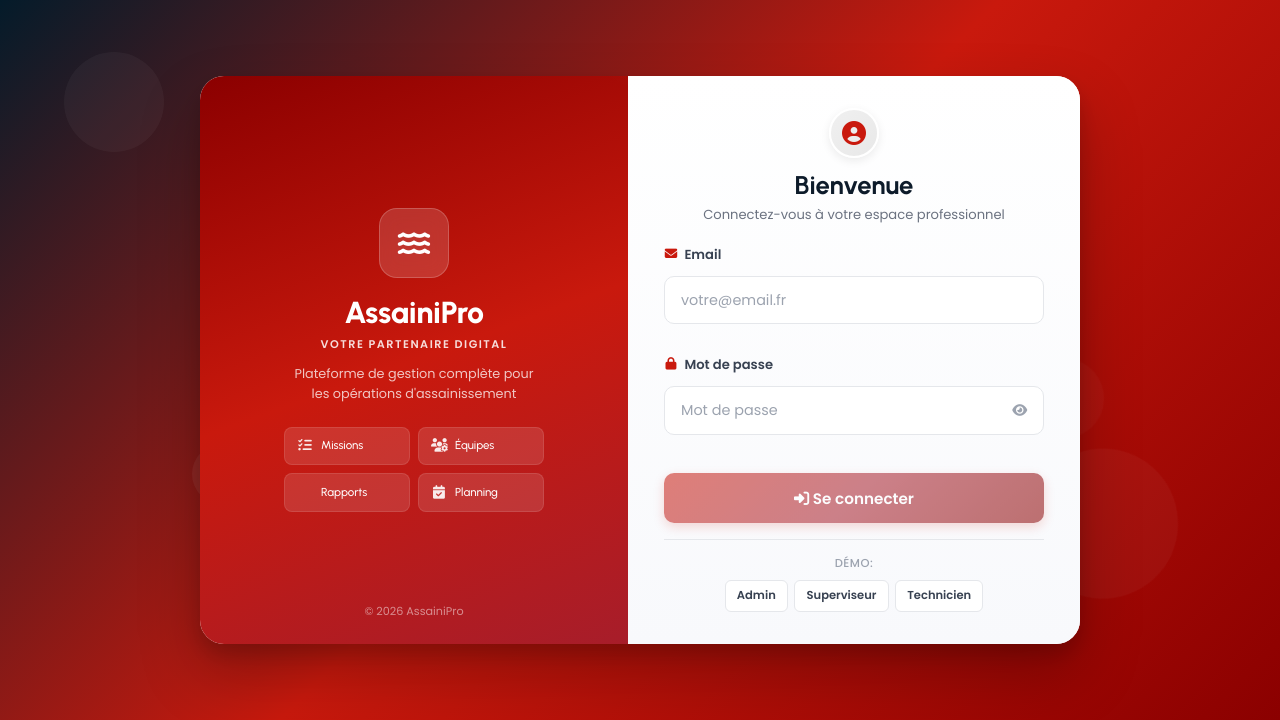
Repository: YoussefTakali/mouhab
Page: / (app in assainissement-frontend/)
These files come from the project's save history. The page is drawn as it stood at one moment and after the next save; the edit follows.
The browser window is 1280 px wide. The pictures show the whole page.
The project was rebuilt for these pictures with package versions that can differ from the ones it lists, and the page was loaded fresh each time. Also part of the build but not shown: assainissement-frontend/angular.json.

Above is the page before, as saved 2026-02-05 20:45:42.

### assainissement-frontend/src/index.html
<!doctype html>
<html lang="fr">
<head>
  <meta charset="utf-8">
  <title>AssainissementPro - Gestion des Interventions</title>
  <base href="/">
  <meta name="viewport" content="width=device-width, initial-scale=1">
  <link rel="icon" type="image/x-icon" href="favicon.ico">
  <link href="https://fonts.googleapis.com/css2?family=Inter:wght@300;400;500;600;700&display=swap" rel="stylesheet">
  <link href="https://fonts.googleapis.com/css2?family=Urbanist:wght@300;400;500;600;700;800&family=Poppins:wght@300;400;500;600;700&display=swap" rel="stylesheet">
  <link href="https://fonts.googleapis.com/icon?family=Material+Icons" rel="stylesheet">
  <link rel="stylesheet" href="https://cdnjs.cloudflare.com/ajax/libs/font-awesome/6.5.1/css/all.min.css" integrity="sha512-DTOQO9RWCH3ppGqcWaEA1BIZOC6xxalwEsw9c2QQeAIftl+Vegovlnee1c9QX4TctnWMn13TZye+giMm8e2LwA==" crossorigin="anonymous" referrerpolicy="no-referrer" />
</head>
<body>
  <app-root></app-root>
</body>
</html>

### assainissement-frontend/src/app/app.component.ts
import { Component } from '@angular/core';
import { RouterOutlet } from '@angular/router';
import { ToastContainerComponent } from './shared/toast-container/toast-container.component';

@Component({
  selector: 'app-root',
  standalone: true,
  imports: [RouterOutlet, ToastContainerComponent],
  template: `
    <router-outlet></router-outlet>
    <app-toast-container />
  `,
  styles: [`
    :host {
      display: block;
      height: 100%;
    }
  `]
})
export class AppComponent {
  title = 'AssainissementPro';
}

### assainissement-frontend/src/app/app.config.ts
import { ApplicationConfig } from '@angular/core';
import { provideRouter } from '@angular/router';
import { provideHttpClient, withInterceptors } from '@angular/common/http';
import { provideAnimations } from '@angular/platform-browser/animations';
import { routes } from './app.routes';
import { authInterceptor } from './core/interceptors/auth.interceptor';

export const appConfig: ApplicationConfig = {
  providers: [
    provideRouter(routes),
    provideHttpClient(withInterceptors([authInterceptor])),
    provideAnimations()
  ]
};

### assainissement-frontend/src/app/core/interceptors/auth.interceptor.ts
import { HttpInterceptorFn, HttpErrorResponse } from '@angular/common/http';
import { inject } from '@angular/core';
import { Router } from '@angular/router';
import { catchError, throwError } from 'rxjs';
import { AuthService } from '../services/auth.service';

export const authInterceptor: HttpInterceptorFn = (req, next) => {
  const authService = inject(AuthService);
  const router = inject(Router);
  const token = authService.getToken();

  let authReq = req;

  if (token) {
    authReq = req.clone({
      setHeaders: {
        Authorization: `Bearer ${token}`
      }
    });
  }

  return next(authReq).pipe(
    catchError((error: HttpErrorResponse) => {
      if (error.status === 401) {
        authService.logout();
      } else if (error.status === 403) {
        router.navigate(['/unauthorized']);
      }
      return throwError(() => error);
    })
  );
};

### assainissement-frontend/src/app/features/auth/login/login.component.ts
import { Component, inject, signal } from '@angular/core';
import { CommonModule } from '@angular/common';
import { FormBuilder, FormGroup, ReactiveFormsModule, Validators } from '@angular/forms';
import { Router, RouterLink, ActivatedRoute } from '@angular/router';
import { AuthService } from '../../../core/services/auth.service';

@Component({
  selector: 'app-login',
  standalone: true,
  imports: [CommonModule, ReactiveFormsModule, RouterLink],
  template: `
    <!-- Full Page Red Background -->
    <div class="login-page">
      <!-- Animated Shapes on Background -->
      <div class="animated-bg">
        <div class="shape shape-1"></div>
        <div class="shape shape-2"></div>
        <div class="shape shape-3"></div>
        <div class="shape shape-4"></div>
      </div>

      <!-- Centered Split Card -->
      <div class="split-card">
        <!-- Left Side - Branding -->
        <div class="card-left">
          <div class="left-decoration"></div>
          <div class="brand-content">
            <div class="brand-logo">
              <i class="fas fa-water"></i>
            </div>
            <h1 class="brand-title">AssainiPro</h1>
            <p class="brand-tagline">Votre partenaire digital</p>
            <p class="brand-subtitle">Plateforme de gestion complète pour les opérations d'assainissement</p>
            <div class="brand-features">
              <div class="feature-item">
                <i class="fas fa-tasks"></i>
                <span>Missions</span>
              </div>
              <div class="feature-item">
                <i class="fas fa-users-cog"></i>
                <span>Équipes</span>
              </div>
              <div class="feature-item">
                <i class="fas fa-analytics"></i>
                <span>Rapports</span>
              </div>
              <div class="feature-item">
                <i class="fas fa-calendar-check"></i>
                <span>Planning</span>
              </div>
            </div>
          </div>
          <div class="brand-footer">
            <p>© 2026 AssainiPro</p>
          </div>
        </div>

        <!-- Right Side - Login Form -->
        <div class="card-right">
          <div class="login-header">
            <div class="welcome-icon">
              <i class="fas fa-user-circle"></i>
            </div>
            <h2>Bienvenue</h2>
            <p>Connectez-vous à votre espace professionnel</p>
          </div>

          <form [formGroup]="loginForm" (ngSubmit)="onSubmit()" class="login-form">
            <div class="error-message" *ngIf="errorMessage()">
              <i class="fas fa-exclamation-circle"></i>
              {{ errorMessage() }}
            </div>

            <div class="form-group">
              <label for="email" class="form-label">
                <i class="fas fa-envelope"></i> Email
              </label>
              <div class="input-wrapper">
                <input
                  id="email"
                  type="email"
                  formControlName="email"
                  class="form-input"
                  [class.error]="loginForm.get('email')?.invalid && loginForm.get('email')?.touched"
                  placeholder="votre&#64;email.fr"
                />
              </div>
              <div class="form-error" *ngIf="loginForm.get('email')?.invalid && loginForm.get('email')?.touched">
                <span *ngIf="loginForm.get('email')?.errors?.['required']">Email requis</span>
                <span *ngIf="loginForm.get('email')?.errors?.['email']">Format invalide</span>
              </div>
            </div>

            <div class="form-group">
              <label for="password" class="form-label">
                <i class="fas fa-lock"></i> Mot de passe
              </label>
              <div class="input-wrapper">
                <input
                  id="password"
                  [type]="showPassword() ? 'text' : 'password'"
                  formControlName="password"
                  class="form-input"
                  [class.error]="loginForm.get('password')?.invalid && loginForm.get('password')?.touched"
                  placeholder="Mot de passe"
                />
                <button type="button" class="password-toggle" (click)="togglePassword()" tabindex="-1">
                  <i [class]="showPassword() ? 'fas fa-eye-slash' : 'fas fa-eye'"></i>
                </button>
              </div>
              <div class="form-error" *ngIf="loginForm.get('password')?.invalid && loginForm.get('password')?.touched">
                <span *ngIf="loginForm.get('password')?.errors?.['required']">Mot de passe requis</span>
              </div>
            </div>

            <button type="submit" class="login-btn" [disabled]="isLoading() || loginForm.invalid">
              <span *ngIf="!isLoading()"><i class="fas fa-sign-in-alt"></i> Se connecter</span>
              <span *ngIf="isLoading()"><i class="fas fa-spinner fa-spin"></i> Connexion...</span>
            </button>
          </form>

          <div class="demo-section">
            <span class="demo-label">Démo:</span>
            <div class="demo-btns">
              <button type="button" (click)="loginAsDemo('admin@assainissement.fr', 'admin123')">Admin</button>
              <button type="button" (click)="loginAsDemo('supervisor@assainissement.fr', 'super123')">Superviseur</button>
              <button type="button" (click)="loginAsDemo('worker1@assainissement.fr', 'worker123')">Technicien</button>
            </div>
          </div>
        </div>
      </div>
    </div>
  `,
  styles: [`
    /* ==================== FULL PAGE RED BG WITH CENTERED SPLIT CARD ==================== */

    .login-page {
      height: 100vh;
      width: 100vw;
      background: linear-gradient(135deg, #041b2a 0%, #C9190D 50%, #8B0000 100%);
      display: flex;
      align-items: center;
      justify-content: center;
      position: relative;
      overflow: hidden;
    }

    /* Animated Background Shapes */
    .animated-bg {
      position: absolute;
      top: 0;
      left: 0;
      width: 100%;
      height: 100%;
      pointer-events: none;
      z-index: 1;
    }

    .shape {
      position: absolute;
      background: rgba(255, 255, 255, 0.06);
      border-radius: 50%;
      animation: float 10s ease-in-out infinite;
    }

    .shape-1 { width: 100px; height: 100px; top: 10%; left: 5%; animation-delay: 0s; }
    .shape-2 { width: 150px; height: 150px; bottom: 15%; right: 8%; animation-delay: 2s; }
    .shape-3 { width: 80px; height: 80px; top: 50%; left: 80%; animation-delay: 4s; }
    .shape-4 { width: 60px; height: 60px; bottom: 30%; left: 15%; animation-delay: 6s; }

    @keyframes float {
      0%, 100% { transform: translateY(0) rotate(0deg); opacity: 0.4; }
      50% { transform: translateY(-20px) rotate(180deg); opacity: 0.7; }
    }

    /* Centered Split Card */
    .split-card {
      display: flex;
      background: white;
      border-radius: 24px;
      overflow: visible;
      box-shadow:
        0 30px 60px rgba(0, 0, 0, 0.25),
        0 10px 20px rgba(0, 0, 0, 0.15),
        inset 0 1px 0 rgba(255, 255, 255, 0.1);
      z-index: 2;
      max-width: 880px;
      width: 90%;
    }

    /* Left Side - Branding */
    .card-left {
      flex: 1;
      background: linear-gradient(160deg, #8B0000 0%, #C9190D 50%, #a71d2a 100%);
      padding: 2rem 1.5rem;
      display: flex;
      flex-direction: column;
      align-items: center;
      justify-content: center;
      text-align: center;
      position: relative;
      overflow: hidden;
      border-radius: 24px 0 0 24px;
    }

    .left-decoration {
      position: absolute;
      top: -40%;
      right: -40%;
      width: 250px;
      height: 250px;
      background: radial-gradient(circle, rgba(255, 255, 255, 0.1) 0%, transparent 70%);
      border-radius: 50%;
    }

    .brand-content {
      position: relative;
      z-index: 2;
    }

    .brand-logo {
      width: 70px;
      height: 70px;
      background: rgba(255, 255, 255, 0.15);
      border-radius: 18px;
      display: flex;
      align-items: center;
      justify-content: center;
      margin: 0 auto 1rem;
      backdrop-filter: blur(10px);
      border: 1px solid rgba(255, 255, 255, 0.2);
      transition: transform 0.3s ease;
    }

    .brand-logo:hover {
      transform: scale(1.05);
    }

    .brand-logo i {
      font-size: 1.8rem;
      color: white;
    }

    .brand-title {
      font-family: "Urbanist", sans-serif;
      font-size: 1.9rem;
      font-weight: 800;
      color: white;
      margin: 0 0 0.2rem 0;
      letter-spacing: -0.3px;
    }

    .brand-tagline {
      font-family: "Poppins", sans-serif;
      font-size: 0.7rem;
      font-weight: 600;
      color: rgba(255, 255, 255, 0.85);
      text-transform: uppercase;
      letter-spacing: 1.5px;
      margin: 0 0 0.75rem 0;
    }

    .brand-subtitle {
      font-family: "Poppins", sans-serif;
      font-size: 0.8rem;
      color: rgba(255, 255, 255, 0.75);
      margin: 0 0 1.5rem 0;
      line-height: 1.5;
      max-width: 260px;
    }

    .brand-features {
      display: grid;
      grid-template-columns: repeat(2, 1fr);
      gap: 0.5rem;
      width: 100%;
      max-width: 260px;
    }

    .feature-item {
      display: flex;
      align-items: center;
      gap: 0.5rem;
      background: rgba(255, 255, 255, 0.12);
      padding: 0.6rem 0.75rem;
      border-radius: 8px;
      color: white;
      font-size: 0.72rem;
      font-weight: 500;
      border: 1px solid rgba(255, 255, 255, 0.1);
      transition: all 0.3s ease;
    }

    .feature-item:hover {
      background: rgba(255, 255, 255, 0.2);
    }

    .feature-item i {
      font-size: 0.85rem;
      color: white;
      opacity: 0.9;
      width: 16px;
      text-align: center;
    }

    .brand-footer {
      position: absolute;
      bottom: 1.5rem;
      left: 0;
      right: 0;
      text-align: center;
    }

    .brand-footer p {
      font-family: "Poppins", sans-serif;
      font-size: 0.7rem;
      color: rgba(255, 255, 255, 0.5);
      margin: 0;
    }

    /* Right Side - Form */
    .card-right {
      flex: 1;
      padding: 2rem 2.25rem;
      display: flex;
      flex-direction: column;
      justify-content: center;
      background: linear-gradient(180deg, #ffffff 0%, #f8f9fc 100%);
      border-radius: 0 24px 24px 0;
      min-height: 0;
    }

    .login-header {
      text-align: center;
      margin-bottom: 1.25rem;
    }

    .welcome-icon {
      width: 50px;
      height: 50px;
      background: linear-gradient(135deg, #f0f0f0 0%, #e8e8e8 100%);
      border-radius: 50%;
      display: flex;
      align-items: center;
      justify-content: center;
      margin: 0 auto 0.75rem;
      border: 2px solid white;
      box-shadow: 0 3px 10px rgba(0, 0, 0, 0.08);
    }

    .welcome-icon i {
      font-size: 1.5rem;
      color: #C9190D;
    }

    .login-header h2 {
      font-family: "Urbanist", sans-serif;
      font-size: 1.6rem;
      font-weight: 700;
      color: #0d1b2a;
      margin: 0 0 0.25rem 0;
    }

    .login-header p {
      font-family: "Poppins", sans-serif;
      color: #6b7280;
      font-size: 0.82rem;
      margin: 0;
      line-height: 1.4;
    }

    /* Form Styles */
    .login-form {
      display: flex;
      flex-direction: column;
      gap: 0.9rem;
    }

    .form-group {
      display: flex;
      flex-direction: column;
      gap: 0.35rem;
    }

    .form-label {
      display: flex;
      align-items: center;
      gap: 0.4rem;
      font-weight: 600;
      color: #374151;
      font-size: 0.82rem;
      font-family: "Poppins", sans-serif;
    }

    .form-label i {
      color: #C9190D;
      font-size: 0.78rem;
      width: 14px;
      text-align: center;
    }

    .input-wrapper {
      position: relative;
    }

    .form-input {
      width: 100%;
      padding: 0.8rem 2.5rem 0.8rem 1rem;
      border: 1.5px solid #e5e7eb;
      border-radius: 10px;
      font-size: 0.9rem;
      font-family: "Poppins", sans-serif;
      transition: all 0.25s ease;
      background: white;
      color: #0d1b2a;
      box-sizing: border-box;
    }

    .form-input:focus {
      outline: none;
      border-color: #C9190D;
      box-shadow: 0 0 0 3px rgba(201, 25, 13, 0.08);
    }

    .form-input.error {
      border-color: #C9190D;
      background: #fef2f2;
    }

    .form-input::placeholder {
      color: #9ca3af;
      font-weight: 400;
    }

    .password-toggle {
      position: absolute;
      right: 0.75rem;
      top: 50%;
      transform: translateY(-50%);
      background: none;
      border: none;
      color: #9ca3af;
      cursor: pointer;
      padding: 0.3rem;
      border-radius: 4px;
      transition: all 0.2s ease;
    }

    .password-toggle:hover {
      color: #C9190D;
    }

    /* Error Messages */
    .error-message {
      background: linear-gradient(135deg, #dc2626 0%, #b91c1c 100%);
      color: white;
      padding: 0.7rem 1rem;
      border-radius: 8px;
      display: flex;
      align-items: center;
      gap: 0.5rem;
      font-size: 0.82rem;
      font-weight: 500;
    }

    .form-error {
      color: #dc2626;
      font-size: 0.75rem;
      font-weight: 500;
    }

    /* Login Button */
    .login-btn {
      background: linear-gradient(135deg, #C9190D 0%, #a71d2a 50%, #8B0000 100%);
      color: white;
      border: none;
      padding: 0.85rem 1.5rem;
      border-radius: 10px;
      font-size: 0.95rem;
      font-weight: 600;
      font-family: "Poppins", sans-serif;
      cursor: pointer;
      transition: all 0.3s ease;
      box-shadow: 0 4px 12px rgba(201, 25, 13, 0.3);
      display: flex;
      align-items: center;
      justify-content: center;
      gap: 0.5rem;
      margin-top: 0.5rem;
    }

    .login-btn:hover:not(:disabled) {
      transform: translateY(-2px);
      box-shadow: 0 6px 18px rgba(201, 25, 13, 0.4);
    }

    .login-btn:disabled {
      opacity: 0.55;
      cursor: not-allowed;
    }

    /* Demo Section */
    .demo-section {
      margin-top: 1rem;
      padding-top: 0.9rem;
      border-top: 1px solid #e5e7eb;
      text-align: center;
    }

    .demo-label {
      font-size: 0.72rem;
      color: #9ca3af;
      font-family: "Poppins", sans-serif;
      display: block;
      margin-bottom: 0.5rem;
      text-transform: uppercase;
      letter-spacing: 0.5px;
      font-weight: 500;
    }

    .demo-btns {
      display: flex;
      gap: 0.4rem;
      justify-content: center;
      flex-wrap: wrap;
    }

    .demo-btns button {
      background: white;
      border: 1px solid #e5e7eb;
      padding: 0.4rem 0.7rem;
      border-radius: 6px;
      font-size: 0.72rem;
      font-family: "Poppins", sans-serif;
      cursor: pointer;
      transition: all 0.2s ease;
      font-weight: 600;
      color: #374151;
    }

    .demo-btns button:hover {
      background: #C9190D;
      color: white;
      border-color: #C9190D;
    }

    /* Responsive */
    @media (max-width: 768px) {
      .split-card {
        flex-direction: column;
        max-height: none;
        height: auto;
        max-width: 420px;
      }

      .card-left {
        padding: 2rem 1.5rem;
        min-width: auto;
      }

      .brand-features {
        display: none;
      }

      .brand-subtitle {
        margin-bottom: 0;
      }

      .brand-footer {
        display: none;
      }

      .card-right {
        min-width: auto;
        padding: 2rem 1.5rem;
      }

      .welcome-icon {
        width: 50px;
        height: 50px;
      }

      .welcome-icon i {
        font-size: 1.5rem;
      }
    }

    @media (max-width: 480px) {
      .login-page {
        padding: 0.75rem;
      }

      .split-card {
        width: 100%;
        border-radius: 20px;
      }

      .card-left {
        padding: 1.5rem 1rem;
      }

      .brand-logo {
        width: 60px;
        height: 60px;
      }

      .brand-logo i {
        font-size: 1.6rem;
      }

      .brand-title {
        font-size: 1.6rem;
      }

      .brand-tagline {
        font-size: 0.7rem;
      }

      .brand-subtitle {
        display: none;
      }

      .card-right {
        padding: 1.5rem 1.25rem;
      }

      .login-header h2 {
        font-size: 1.5rem;
      }

      .demo-btns {
        flex-direction: column;
      }

      .demo-btns button {
        width: 100%;
      }
    }
  `]
})
export class LoginComponent {
  private readonly fb = inject(FormBuilder);
  private readonly authService = inject(AuthService);
  private readonly router = inject(Router);
  private readonly route = inject(ActivatedRoute);

  loginForm: FormGroup;
  showPassword = signal(false);
  isLoading = signal(false);
  errorMessage = signal<string | null>(null);

  constructor() {
    this.loginForm = this.fb.group({
      email: ['', [Validators.required, Validators.email]],
      password: ['', [Validators.required]],
      rememberMe: [false]
    });
  }

  togglePassword(): void {
    this.showPassword.update(v => !v);
  }

  onSubmit(): void {
    if (this.loginForm.invalid) {
      this.loginForm.markAllAsTouched();
      return;
    }

    this.isLoading.set(true);
    this.errorMessage.set(null);

    const { email, password } = this.loginForm.value;

    this.authService.login({ email, password }).subscribe({
      next: () => {
        const returnUrl = this.route.snapshot.queryParams['returnUrl'] || '/dashboard';
        this.router.navigateByUrl(returnUrl);
      },
      error: (error: { status: number }) => {
        this.isLoading.set(false);
        if (error.status === 401) {
          this.errorMessage.set('Email ou mot de passe incorrect');
        } else {
          this.errorMessage.set('Une erreur est survenue. Veuillez réessayer.');
        }
      }
    });
  }

  loginAsDemo(email: string, password: string): void {
    this.loginForm.patchValue({ email, password });
    this.onSubmit();
  }
}

Loaded but not shown: assainissement-frontend/src/main.ts (common file); assainissement-frontend/src/environments/environment.ts (common file); assainissement-frontend/src/styles.scss (628 lines, source omitted); assainissement-frontend/src/app/core/services/auth.service.ts (115 lines, source omitted); assainissement-frontend/src/app/app.routes.ts (73 lines, source omitted); assainissement-frontend/src/app/shared/toast-container/toast-container.component.ts (119 lines, source omitted); assainissement-frontend/src/app/core/guards/auth.guard.ts (81 lines, source omitted); assainissement-frontend/src/app/core/services/toast.service.ts (57 lines, source omitted)

After the next save:
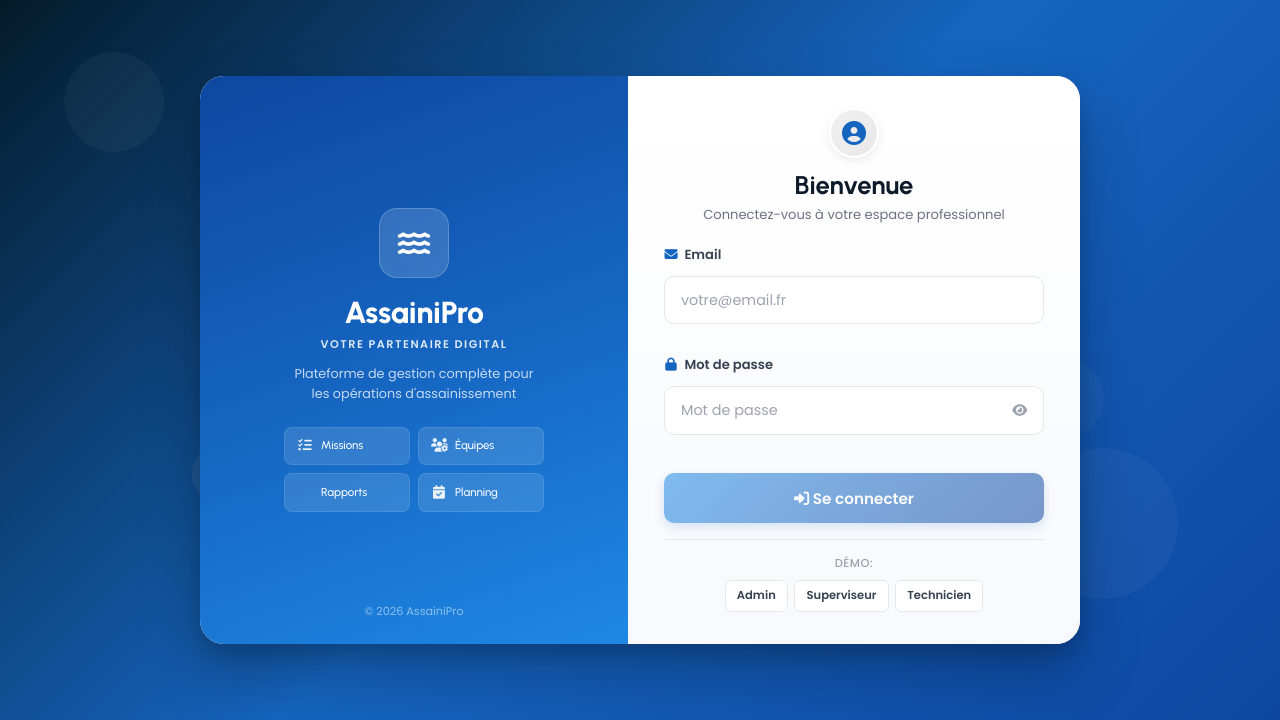
Saved 24 s later.
--- a/assainissement-frontend/src/app/features/auth/login/login.component.ts
+++ b/assainissement-frontend/src/app/features/auth/login/login.component.ts
@@ -132,12 +132,12 @@ import { AuthService } from '../../../core/services/auth.service';
     </div>
   `,
   styles: [`
-    /* ==================== FULL PAGE RED BG WITH CENTERED SPLIT CARD ==================== */
+    /* ==================== FULL PAGE BLUE BG WITH CENTERED SPLIT CARD ==================== */
 
     .login-page {
       height: 100vh;
       width: 100vw;
-      background: linear-gradient(135deg, #041b2a 0%, #C9190D 50%, #8B0000 100%);
+      background: linear-gradient(135deg, #041b2a 0%, #1565c0 50%, #0d47a1 100%);
       display: flex;
       align-items: center;
       justify-content: center;
@@ -191,7 +191,7 @@ import { AuthService } from '../../../core/services/auth.service';
     /* Left Side - Branding */
     .card-left {
       flex: 1;
-      background: linear-gradient(160deg, #8B0000 0%, #C9190D 50%, #a71d2a 100%);
+      background: linear-gradient(160deg, #0d47a1 0%, #1565c0 50%, #1e88e5 100%);
       padding: 2rem 1.5rem;
       display: flex;
       flex-direction: column;
@@ -350,7 +350,7 @@ import { AuthService } from '../../../core/services/auth.service';
 
     .welcome-icon i {
       font-size: 1.5rem;
-      color: #C9190D;
+      color: #1565c0;
     }
 
     .login-header h2 {
@@ -393,8 +393,7 @@ import { AuthService } from '../../../core/services/auth.service';
     }
 
     .form-label i {
-      color: #C9190D;
-      font-size: 0.78rem;
+      color: #1565c0;
       width: 14px;
       text-align: center;
     }
@@ -418,12 +417,12 @@ import { AuthService } from '../../../core/services/auth.service';
 
     .form-input:focus {
       outline: none;
-      border-color: #C9190D;
-      box-shadow: 0 0 0 3px rgba(201, 25, 13, 0.08);
+      border-color: #1565c0;
+      box-shadow: 0 0 0 3px rgba(21, 101, 192, 0.08);
     }
 
     .form-input.error {
-      border-color: #C9190D;
+      border-color: #dc3545;
       background: #fef2f2;
     }
 
@@ -447,12 +446,12 @@ import { AuthService } from '../../../core/services/auth.service';
     }
 
     .password-toggle:hover {
-      color: #C9190D;
+      color: #1565c0;
     }
 
     /* Error Messages */
     .error-message {
-      background: linear-gradient(135deg, #dc2626 0%, #b91c1c 100%);
+      background: linear-gradient(135deg, #dc3545 0%, #c82333 100%);
       color: white;
       padding: 0.7rem 1rem;
       border-radius: 8px;
@@ -471,7 +470,7 @@ import { AuthService } from '../../../core/services/auth.service';
 
     /* Login Button */
     .login-btn {
-      background: linear-gradient(135deg, #C9190D 0%, #a71d2a 50%, #8B0000 100%);
+      background: linear-gradient(135deg, #1e88e5 0%, #1565c0 50%, #0d47a1 100%);
       color: white;
       border: none;
       padding: 0.85rem 1.5rem;
@@ -481,7 +480,7 @@ import { AuthService } from '../../../core/services/auth.service';
       font-family: "Poppins", sans-serif;
       cursor: pointer;
       transition: all 0.3s ease;
-      box-shadow: 0 4px 12px rgba(201, 25, 13, 0.3);
+      box-shadow: 0 4px 12px rgba(21, 101, 192, 0.3);
       display: flex;
       align-items: center;
       justify-content: center;
@@ -491,7 +490,7 @@ import { AuthService } from '../../../core/services/auth.service';
 
     .login-btn:hover:not(:disabled) {
       transform: translateY(-2px);
-      box-shadow: 0 6px 18px rgba(201, 25, 13, 0.4);
+      box-shadow: 0 6px 18px rgba(21, 101, 192, 0.4);
     }
 
     .login-btn:disabled {
@@ -539,9 +538,9 @@ import { AuthService } from '../../../core/services/auth.service';
     }
 
     .demo-btns button:hover {
-      background: #C9190D;
+      background: #1565c0;
       color: white;
-      border-color: #C9190D;
+      border-color: #1565c0;
     }
 
     /* Responsive */
